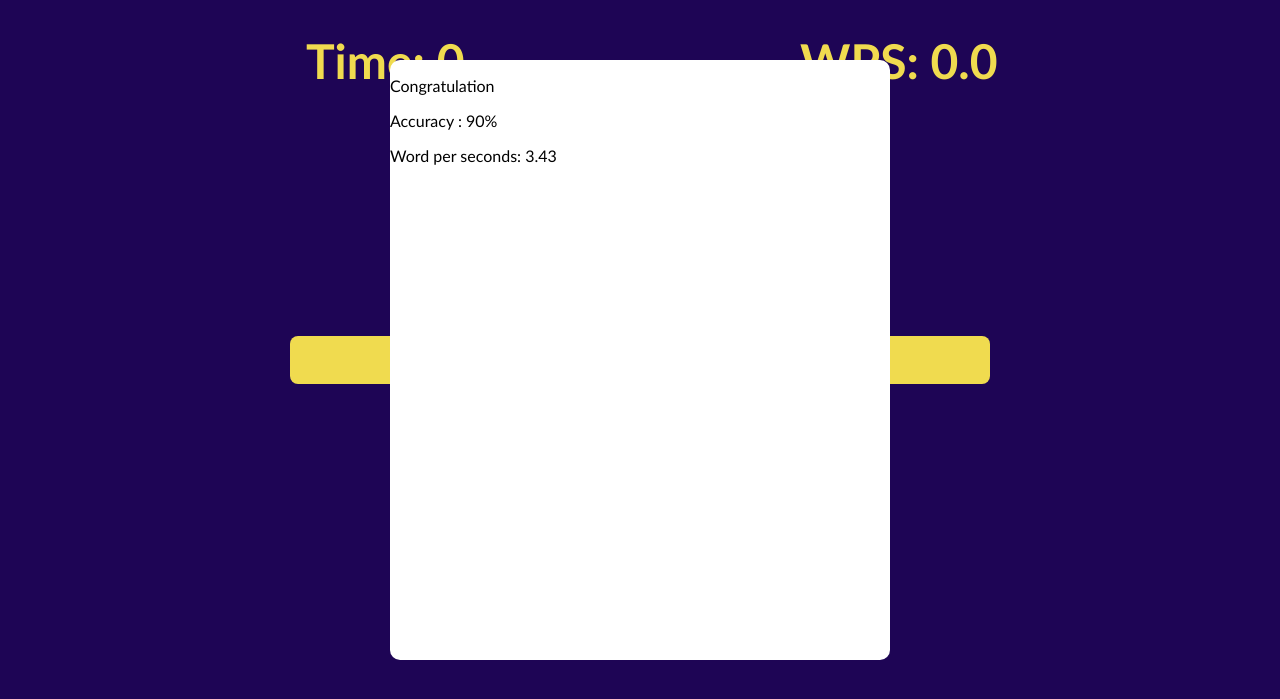
Repository: KhangNguyenIU/Vanilajs-TypingSpeed
Page: index.html
These files come from the project's save history. The page is drawn as it stood at one moment and after the next save; the edit follows.
The browser window is 1280 px wide. The pictures show the whole page.
The page's requests for data from a server got no answer.

Above is the page before, as saved 2021-10-15 11:12:37.

After the next save:
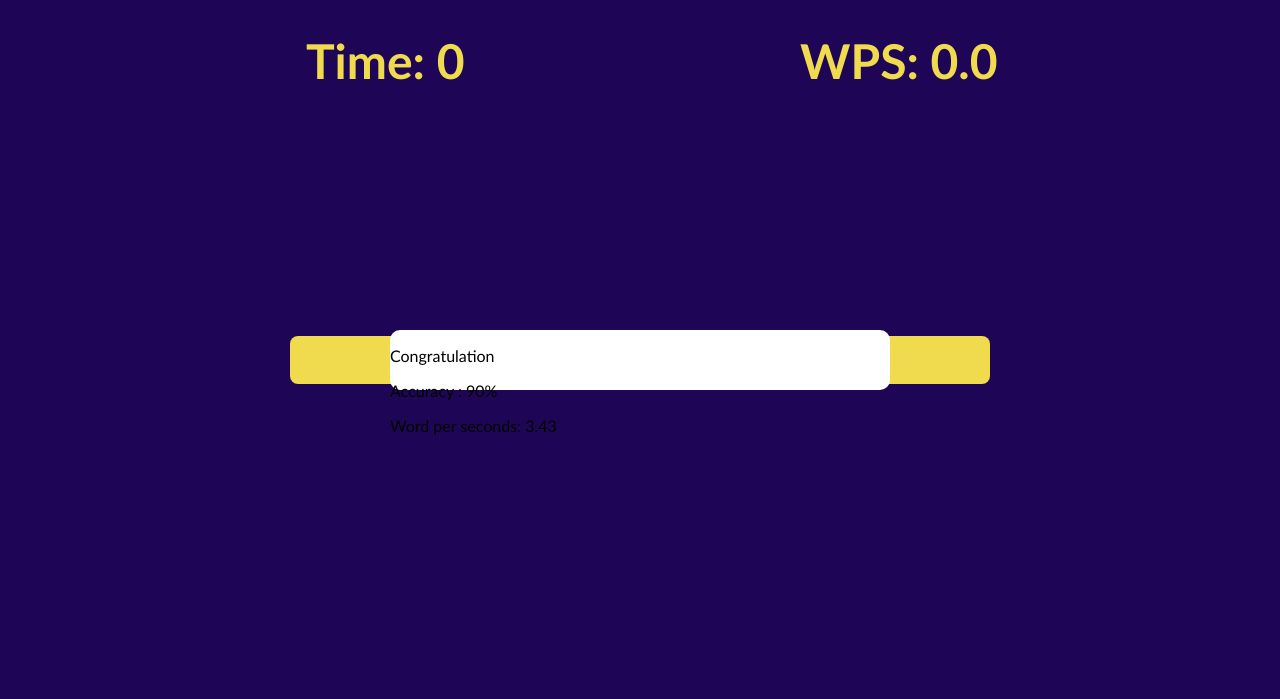
Saved 5 s later.
--- a/style.css
+++ b/style.css
@@ -45,7 +45,7 @@
     z-index: 10;
     background-color: white;
     width: 500px;
-    height: 600px;
+    height: 60px;
     max-width: 80%;
   }
   .timer {
